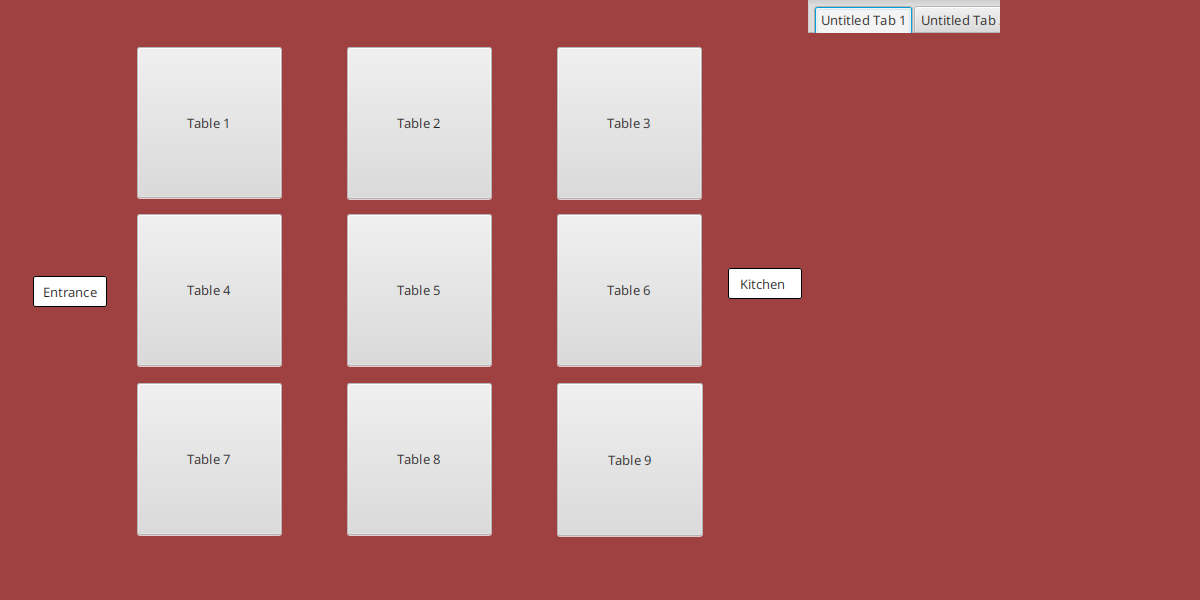
Repository: JJoshua95/JavaFXCoursework
Program's window: java testTableLayout/src/application/Main.java
An editor plug-in stored every save of this project. The program's window is shown before and after the next save, followed by the edit.
It runs on Java 21 on a 1366 x 768 screen with JavaFX 11; the title bar is not drawn.

Above is the program's window before, as saved 2016-11-29 20:38:04.

After the next save:
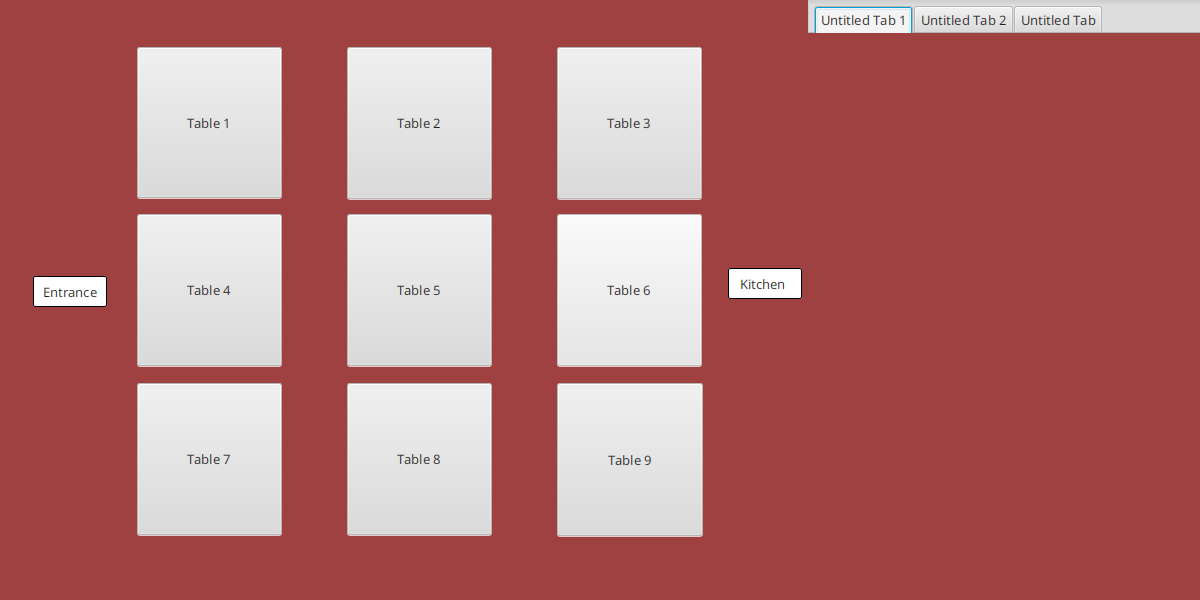
Saved 15 min 13 s later.
--- a/testTableLayout/src/application/Main.java
+++ b/testTableLayout/src/application/Main.java
@@ -12,7 +12,7 @@
 	public void start(Stage primaryStage) {
 		try {
 			Parent root = FXMLLoader.load(getClass().getResource("/application/Tables.fxml"));
-			Scene scene = new Scene(root,1000,600);
+			Scene scene = new Scene(root,1200,600);
 			scene.getStylesheets().add(getClass().getResource("application.css").toExternalForm());
 			primaryStage.setScene(scene);
 			primaryStage.show();
